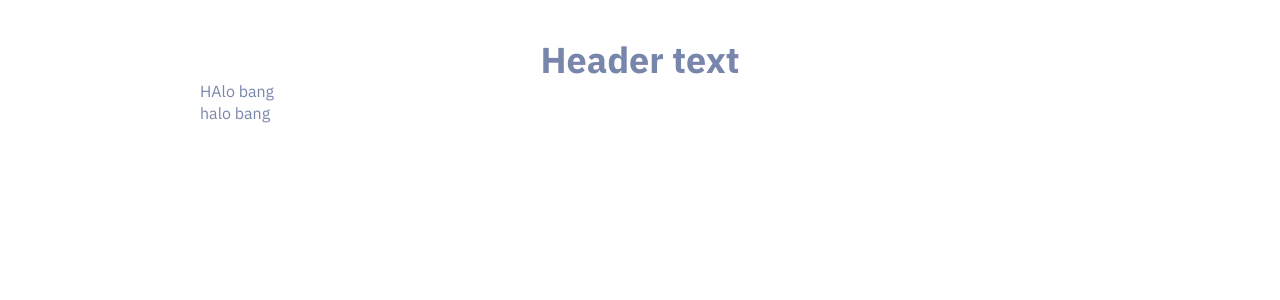
Repository: KilluaProject/image-ai
Page: /
These files come from the project's save history. The page is drawn as it stood at one moment and after the next save; the edit follows.
The browser window is 1280 px wide. The pictures show the whole page.
An inner scrolling area shows only its first screen. The project was rebuilt for these pictures with package versions that can differ from the ones it lists, and the page was loaded fresh each time. The framework's server and built-in components were replaced by stand-ins that run in the browser. Also part of the build but not shown: next.config.mjs.

Above is the page before, as saved 2024-06-20 15:30:08.

### app/layout.tsx
import type { Metadata } from "next";
import { IBM_Plex_Sans } from "next/font/google";
import "./globals.css";
import { cn } from "@/lib/utils";

const IBMPlex = IBM_Plex_Sans({
  subsets: ["latin"],
  weight:['400', '500', '600', '700'],
   variable:'--font-ibm-plex'
});

export const metadata: Metadata = {
  title: "image ai maker",
  description: "Make A Image just a one click",
};

export default function RootLayout({
  children,
}: Readonly<{
  children: React.ReactNode;
}>) {
  return (
    <html lang="en">
      <body className={cn('font-IBMPlex antialiased', IBMPlex.variable)}>
        {children}
      </body>
    </html>
  );
}

### app/(root)/layout.tsx
import React from 'react'

const Layout = ({children}: {children: React.ReactNode}) => {
  return (
    <main className='root'>
        <div className='root-container'>
            <div className='wrapper'>
                {children}
            </div>
        </div>

    </main>
  )
}

export default Layout

### app/(root)/page.tsx
import React from 'react'

const Home = () => {
  return (
    <div>
      <div className="container min-h-screen mx-auto">
        <div className="">
          <h1 className='text-4xl text-center font-bold '>Header text</h1>
        </div>
        <div>
          <div>
            <h1>HAlo bang</h1>
          </div>
          <div>
            <h1>halo bang</h1>
          </div>
        </div>
      </div>
    </div>
  )
}

export default Home

Loaded but not shown: app/globals.css (common file); lib/utils.ts (common file); tailwind.config.ts (common file)

After the next save:
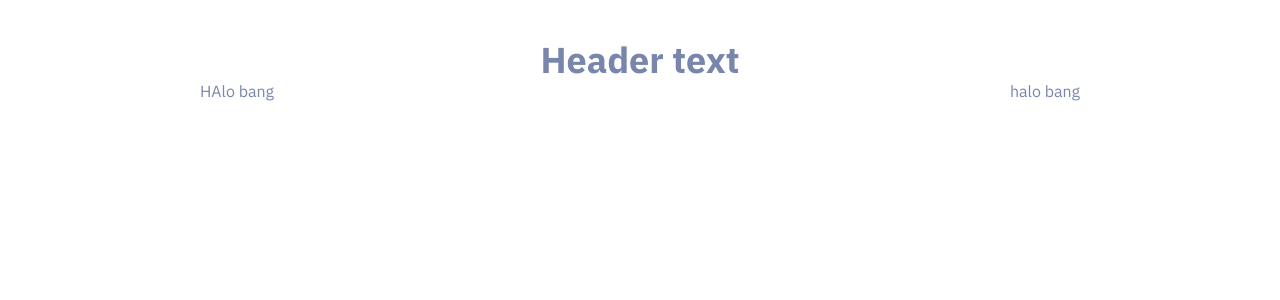
Saved 18 s later.
--- a/app/(root)/page.tsx
+++ b/app/(root)/page.tsx
@@ -7,7 +7,7 @@
         <div className="">
           <h1 className='text-4xl text-center font-bold '>Header text</h1>
         </div>
-        <div>
+        <div className='flex justify-between mx-auto'>
           <div>
             <h1>HAlo bang</h1>
           </div>
